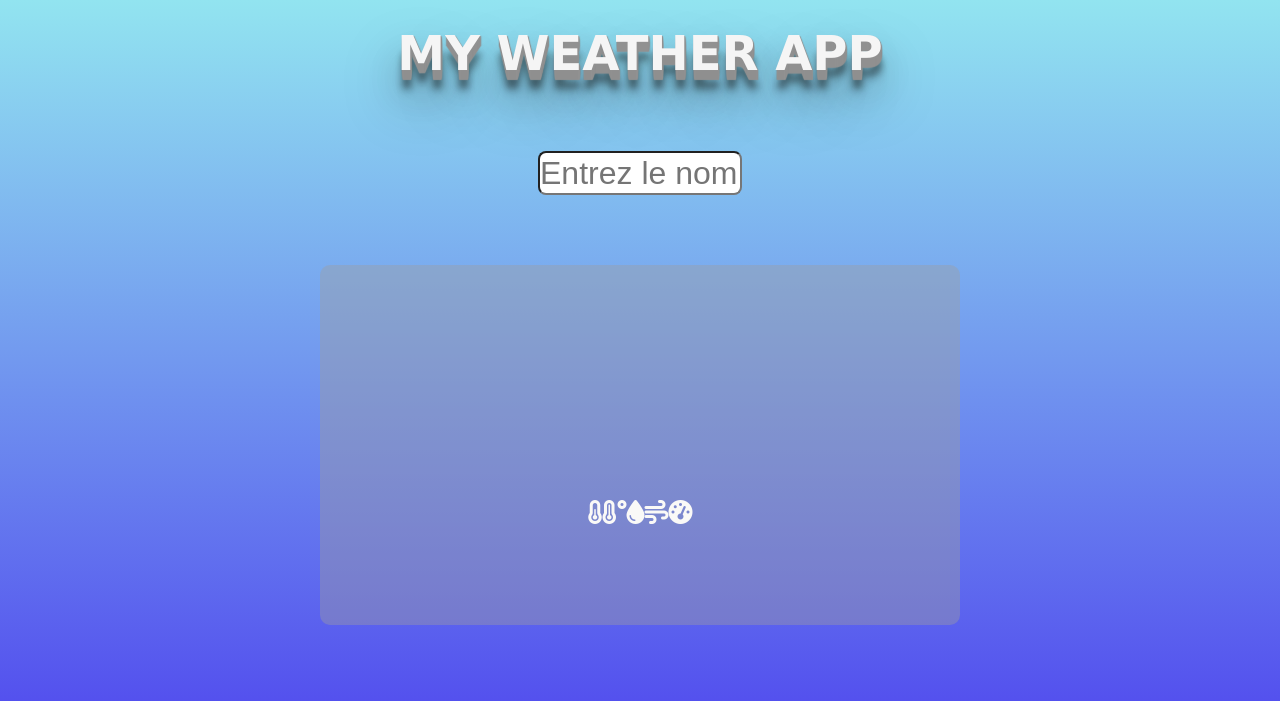
Repository: JeffnyAugustin/MyWeatherApp
Page: index.html
The author's editor kept a copy of each file at every save. The page is drawn from the files as they stood at one save, then again after the next save.
The browser window is 1280 px wide. The pictures show the whole page.

Above is the page before, as saved 2023-11-15 17:07:00.

After the next save:
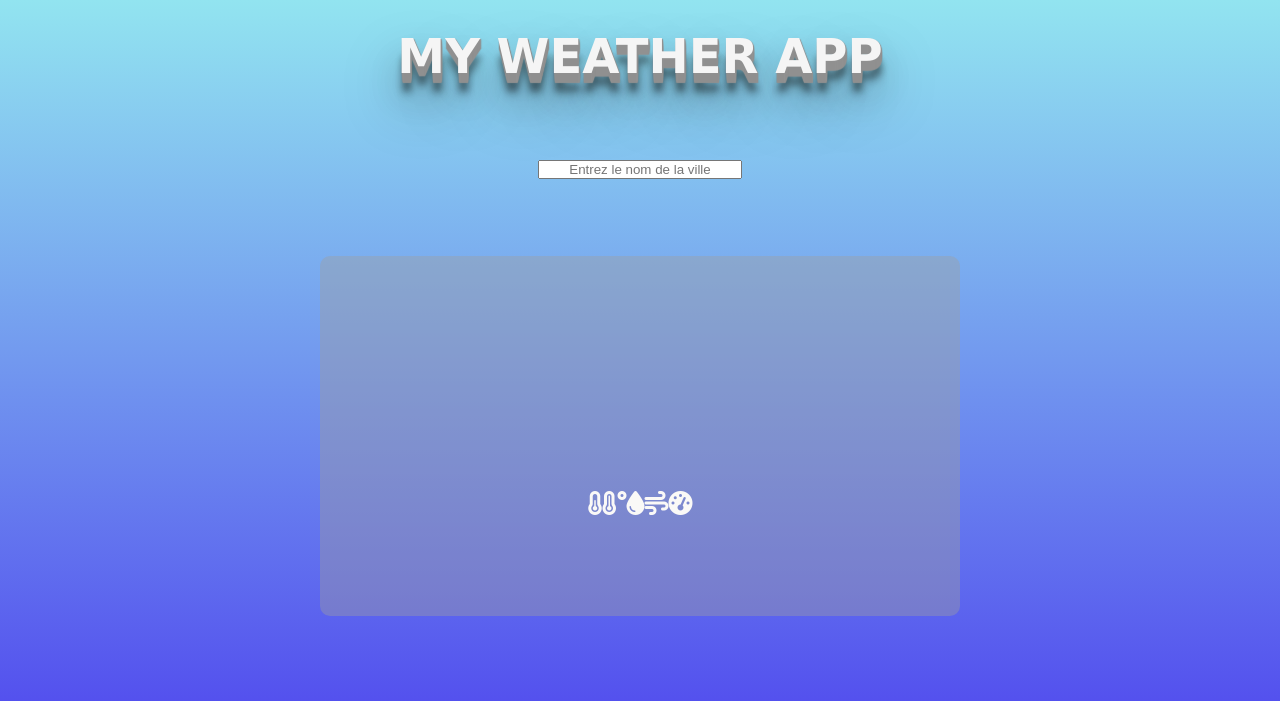
Saved 101 s later.
--- a/css/style.css
+++ b/css/style.css
@@ -21,14 +21,6 @@ body {
 
 }
 
-#searchBox {
-    text-align: center;
-    width: 50%;
-    height: 40px;
-    border-radius: 8px;
-    margin-top: 10px;
-    font-size: 2rem;
-}
 
 #searchBox {
     width: 200px; /* Ajustez la largeur selon vos besoins */
